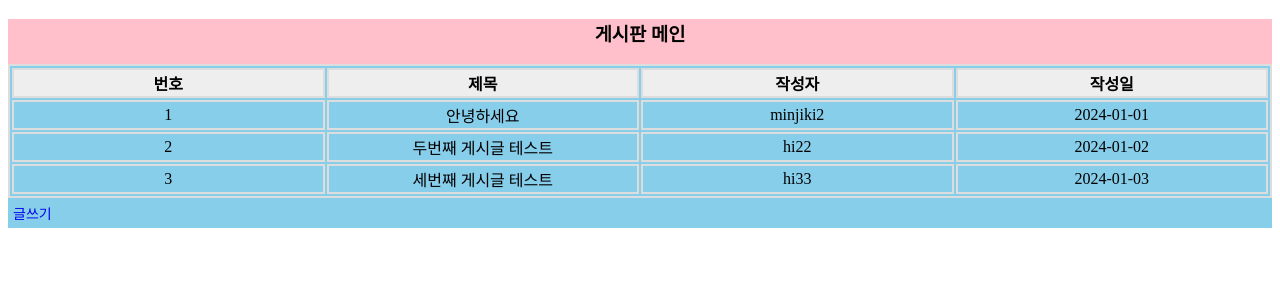
Repository: minjikimkim2222/BBS
Page: http://localhost/BBS/bbs.jsp
These files come from the project's save history. The page is drawn as it stood at one moment and after a run of saves; the edit follows.
The browser window is 1280 px wide. The pictures show the whole page.
The page is served by Tomcat 9.

Above is the page before, as saved 2024-01-01 14:48:16.

After the next 2 saves:
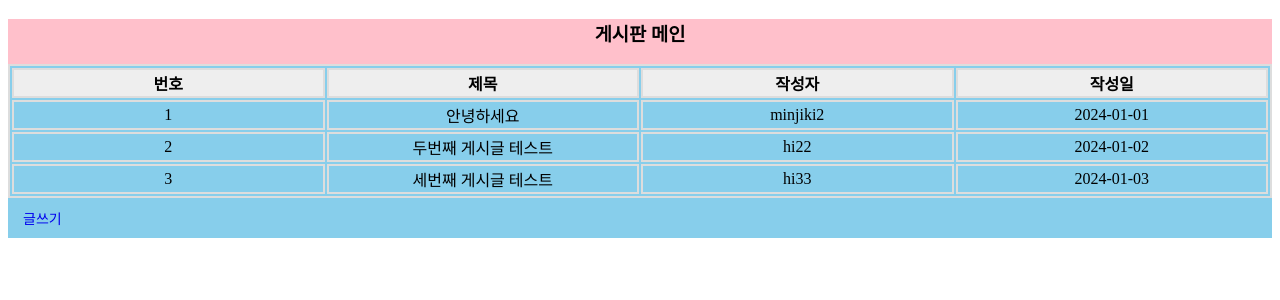
The 2 saves are shown as one change because they came seconds apart.
The last was saved 37 s later.
--- a/BBS/src/main/webapp/bbs.jsp
+++ b/BBS/src/main/webapp/bbs.jsp
@@ -40,7 +40,7 @@
     	display: inline-block;
     	border-radius: 3px;
 
-
+		padding: 5px 10px; /* 크기 조절 */
 		}
 
 
